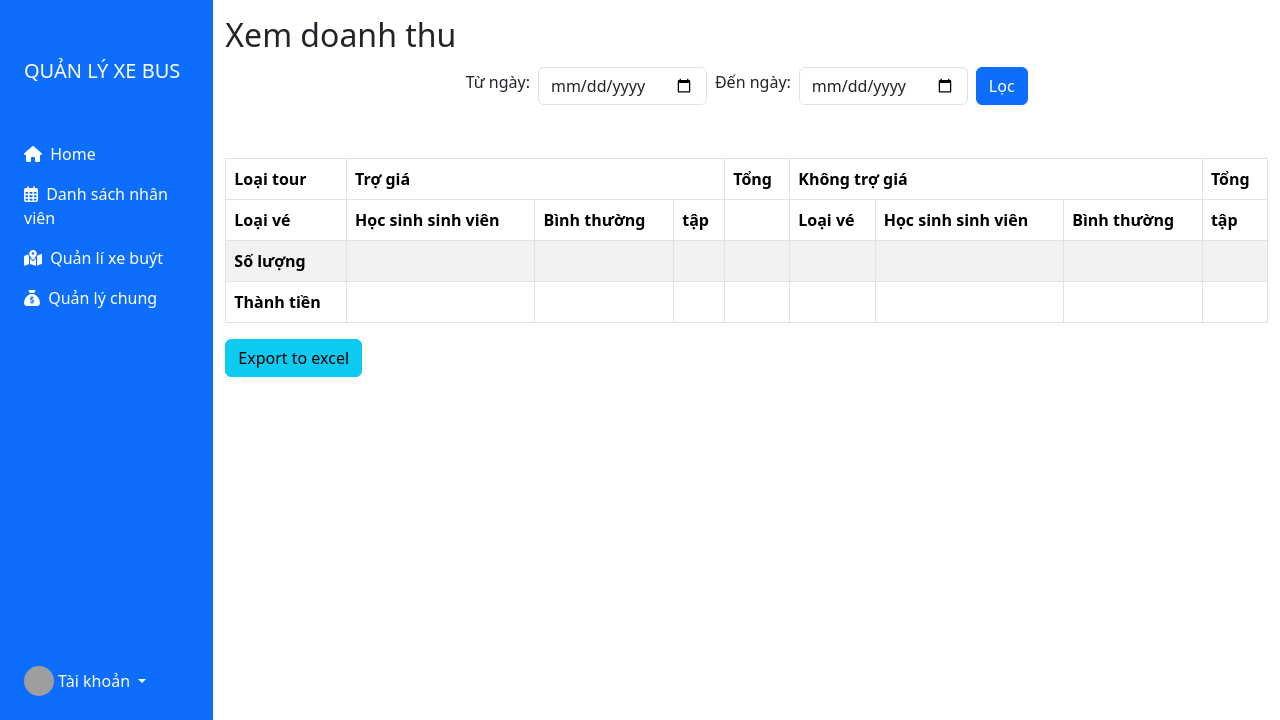
Repository: QuangHuy0801/Web_spring_MVC_BookingTour
Page: http://localhost/QLXB/WEB-INF/views/nhapdoanhthu/xemdoanhthu.jsp
The author's editor kept a copy of each file at every save. The page is drawn from the files as they stood at one save, then again after the next save.
The browser window is 1280 px wide. The pictures show the whole page.
Pictures or frames that could not be fetched are drawn as grey boxes. Some web libraries are served in a nearby version. The page is served by Tomcat 9. Nobody is signed in. Other server files are loaded and not shown. The template is opened directly, without the code that normally fills it, so the values that code supplies are empty.

Above is the page before, as saved 2023-06-08 20:30:22.
Console error: ReferenceError: $ is not defined

### QLXB/src/main/webapp/WEB-INF/views/nhapdoanhthu/xemdoanhthu.jsp
<%@ page language="java" contentType="text/html; charset=UTF-8"
    pageEncoding="UTF-8"%>
        <%@ taglib uri="http://java.sun.com/jstl/core_rt" prefix="c"%>
<%@ taglib uri="http://java.sun.com/jstl/fmt_rt" prefix="f"%>
<!DOCTYPE html>
<html>
<head>
<meta charset="UTF-8">
 <link href="https://cdn.jsdelivr.net/npm/bootstrap@5.3.0-alpha1/dist/css/bootstrap.min.css" rel="stylesheet"
     integrity="sha384-GLhlTQ8iRABdZLl6O3oVMWSktQOp6b7In1Zl3/Jr59b6EGGoI1aFkw7cmDA6j6gD" crossorigin="anonymous">
     <script src="https://kit.fontawesome.com/ee36f81461.js" crossorigin="anonymous"></script>
<title>Admin quản lý du lịch</title>
</head>
<body>
<div class="container-fluid">
		<div class="row flex-nowrap">
   <%@ include file="../includes/Navbarc1.jsp" %>
    <script src="https://cdn.jsdelivr.net/npm/bootstrap@5.3.0-alpha1/dist/js/bootstrap.bundle.min.js" integrity="sha384-w76AqPfDkMBDXo30jS1Sgez6pr3x5MlQ1ZAGC+nuZB+EYdgRZgiwxhTBTkF7CXvN" crossorigin="anonymous"></script>

<div class="col py-3">

				<h2>Xem doanh thu</h2>
				<div class="d-flex justify-content-center align-items-center">
					<form action="doanhthu.htm"
						class="d-flex justify-content-center align-items-center">

						<p class="text-nowrap mt-2">Từ ngày:</p>
						<input class="form-control mx-2" name="tungay"
							data-provide="datepicker" type="date">
						<p class="text-nowrap mt-2">Đến ngày:</p>
						<input class="form-control mx-2" name="denngay"
							data-provide="datepicker" type="date">
						<div class="form-group row  ">
							<div class="col-sm-10">
								<button type="submit" class="btn btn-primary">Lọc</button>
							</div>
						</div>
					</form>
				</div>
				<span style="
    color: red;
">${thoigian }</span>
				<table class="table table-bordered table-striped mt-5" id = "tbldemo">
					<thead>
						<tr>
							<th scope="col">Loại tour</th>
							<th scope="col" colspan="3">Trợ giá</th>
							<th scope="col" colspan="1">Tổng</th>
							<th scope="col" colspan="3">Không trợ giá</th>
							<th scope="col" colspan="1">Tổng</th>

						</tr>
						<tr>
							<th scope="col">Loại vé</th>
							<th scope="col">Học sinh sinh viên</th>
							<th scope="col">Bình thường</th>
							<th scope="col">tập</th>
							<th scope="col"></th>
							<th scope="col">Loại vé</th>
							<th scope="col">Học sinh sinh viên</th>
							<th scope="col">Bình thường</th>
							<th scope="col">tập</th>

						</tr>
					</thead>
					 <tbody>
						<tr>
							<th scope="row">Số lượng</th>
							<td>${c_binhthuong_te }</td>
							<td>${c_binhthuong_tn }</td>
							<td>${c_binhthuong_nl }</td>
							<td>${c_binhthuong_tong }</td>
							<td>${c_yeucau_te}</td>
							<td>${c_yeucau_tn}</td>
							<td>${c_yeucau_nl}</td>
							<td>${c_yeucau_tong}</td>
						</tr>
						<tr>
							<th scope="row">Thành tiền</th>
							<td>${s_binhthuong_te}</td>
							<td>${s_binhthuong_tn}</td>
							<td>${s_binhthuong_nl}</td>
							<td>${s_binhthuong_tong}</td>
							<td>${s_yeucau_nl}</td>
							<td>${s_yeucau_tn}</td>
							<td>${s_yeucau_te}</td>
							<td>${s_yeucau_tong}</td>

							<%-- <td>${s_ga_ngay}</td>
							<td>${s_so_dem}</td>
							<td>${s_ga_dem}</td>
							<td>${s_so_thang}</td>
							<td>${s_ga_thang}</td>
							<td>${s_so_ngay + s_so_dem + s_so_thang}</td>
							<td>${s_ga_ngay + s_ga_dem + s_ga_thang}</td>
							<td>${s_so_ngay + s_so_dem + s_so_thang + s_ga_ngay + s_ga_dem + s_ga_thang}</td> --%>
						</tr>
					</tbody>
				</table>
				<button id="btnexport" class = "btn btn-info">Export to excel</button>
				<script>
        $(function () {
            $("#btnexport").click(function () {
                $("#tbldemo").table2excel();
            });
        });
    </script>
			</div>
			</div>
			</div>




</body>
</html>

### QLXB/src/main/webapp/WEB-INF/views/includes/Navbarc1.jsp
<%@ page language="java" contentType="text/html; charset=UTF-8"
    pageEncoding="UTF-8"%>


        <div class="col-auto col-md-3 col-xl-2 px-sm-2 px-0t bg-primary">
            <div class="d-flex flex-column align-items-center align-items-sm-start px-3 pt-2 text-white min-vh-100 ">
                <a href="#" class="d-flex align-items-center pb-5 pt-5 mb-md-0 me-md-auto text-white text-decoration-none">
                    <span class="fs-5 d-none d-sm-inline">QUẢN LÝ XE BUS</span>
                </a>
                <ul class="nav nav-pills flex-column mb-sm-auto mb-0 align-items-center align-items-sm-start " id="menu">
                    <li class="nav-item">
                        <a href="homeshow.htm" class="nav-link text-white align-middle px-0">
                           <i class="fa-solid fa-house"></i>
                            <span class="ms-1 d-none d-sm-inline">Home</span>
                        </a>
                    </li>
                  <li><a href="danhsachnhanvien.htm"
							class="nav-link text-white px-0 align-middle">
							<i class="fa-regular fa-calendar-days"></i> <span
								class="ms-1 d-none d-sm-inline">Danh sách nhân viên</span>
						</a></li>
						     </li>
                 <!--  <li><button onclick="goHome()">Go to Intro Page</button></li> -->
                    <li>
                        <a href="#submenu2" data-bs-toggle="collapse" class="nav-link text-white px-0 align-middle ">
                            <i class="fa-solid fa-map-location-dot"></i>
                            <span class="ms-1 d-none d-sm-inline">Quản lí xe buýt</span></a>
                        <ul class="collapse nav flex-column ms-1" id="submenu2" data-bs-parent="#menu">
                            <li class="w-100">
                                <a href="dstuyenduong.htm" class="nav-link text-white px-0"> <span class="d-none d-sm-inline">Tuyến đường</span></a>
                            </li>
                            <li>
                                <a href="dsxe.htm" class="nav-link text-white px-0"> <span class="d-none d-sm-inline">Xe</span></a>
                            </li>
                               <li>
                                <a href="dstramxe.htm" class="nav-link text-white px-0"> <span class="d-none d-sm-inline">Trạm xe</span></a>
                            </li>
                            <li>
                                <a href="dstramve.htm" class="nav-link text-white px-0"> <span class="d-none d-sm-inline">Trạm vé</span></a>
                            </li>
                        </ul>
                    </li>
                     <li>
                        <a href="#submenu3" data-bs-toggle="collapse" class="nav-link text-white px-0 align-middle ">
                           <i class="fa-solid fa-sack-dollar"></i>
                            <span class="ms-1 d-none d-sm-inline">Quản lý chung</span></a>
                        <ul class="collapse nav flex-column ms-1" id="submenu3" data-bs-parent="#menu">
                            <li class="w-100">
                                <a href="doanhthu.htm" class="nav-link text-white px-0"> <span class="d-none d-sm-inline">Doanh thu</span></a>
                            </li>

                            <li>
                                <a href="dsgiave.htm" class="nav-link text-white px-0"> <span class="d-none d-sm-inline">Giá vé</span></a>
                            </li>
                            <li>
                                <a href="doanhthungay.htm" class="nav-link text-white px-0"> <span class="d-none d-sm-inline">Nhập doanh thu ngày</span></a>
                            </li>
                        </ul>
                    </li>

                <hr>
                </ul>


                <div class="dropdown pb-4">
                    <a href="#" class="d-flex align-items-center text-white text-decoration-none dropdown-toggle" id="dropdownUser1" data-bs-toggle="dropdown" aria-expanded="false">
                        <img src="https://github.com/mdo.png" alt="hugenerd" width="30" height="30" class="rounded-circle">
                        <span class="d-none d-sm-inline mx-1">Tài khoản</span>
                    </a>
                    <ul class="dropdown-menu dropdown-menu-dark text-small shadow">

                        <li><a class="dropdown-item" href="suattcanhan.htm">Chỉnh sửa thông tin cá nhân</a></li>
                        <li><a class="dropdown-item" href="doimatkhau.htm">Đổi mật khẩu</a></li>
                        <li>
                            <hr class="dropdown-divider">
                        </li>
                        <li><a class="dropdown-item" href="logout.htm">Đăng xuất</a></li>
                    </ul>
                </div>
            </div>
        </div>

     <script>
    /* function goHome() {
        window.location.href = "danhsachnhanvien.htm";
    } */
</script>

After the next save:
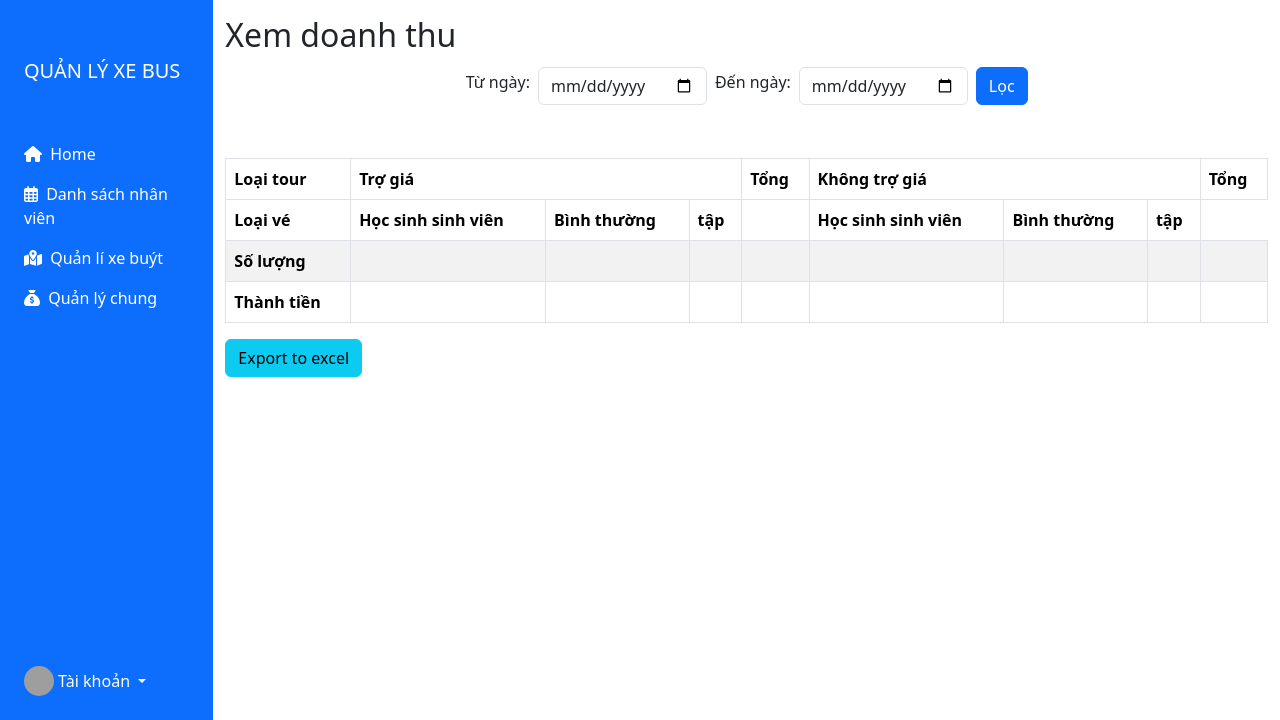
Saved 19 s later.
--- a/QLXB/src/main/webapp/WEB-INF/views/nhapdoanhthu/xemdoanhthu.jsp
+++ b/QLXB/src/main/webapp/WEB-INF/views/nhapdoanhthu/xemdoanhthu.jsp
@@ -56,7 +56,7 @@
 							<th scope="col">Bình thường</th>
 							<th scope="col">tập</th>
 							<th scope="col"></th>
-							<th scope="col">Loại vé</th>
+
 							<th scope="col">Học sinh sinh viên</th>
 							<th scope="col">Bình thường</th>
 							<th scope="col">tập</th>
